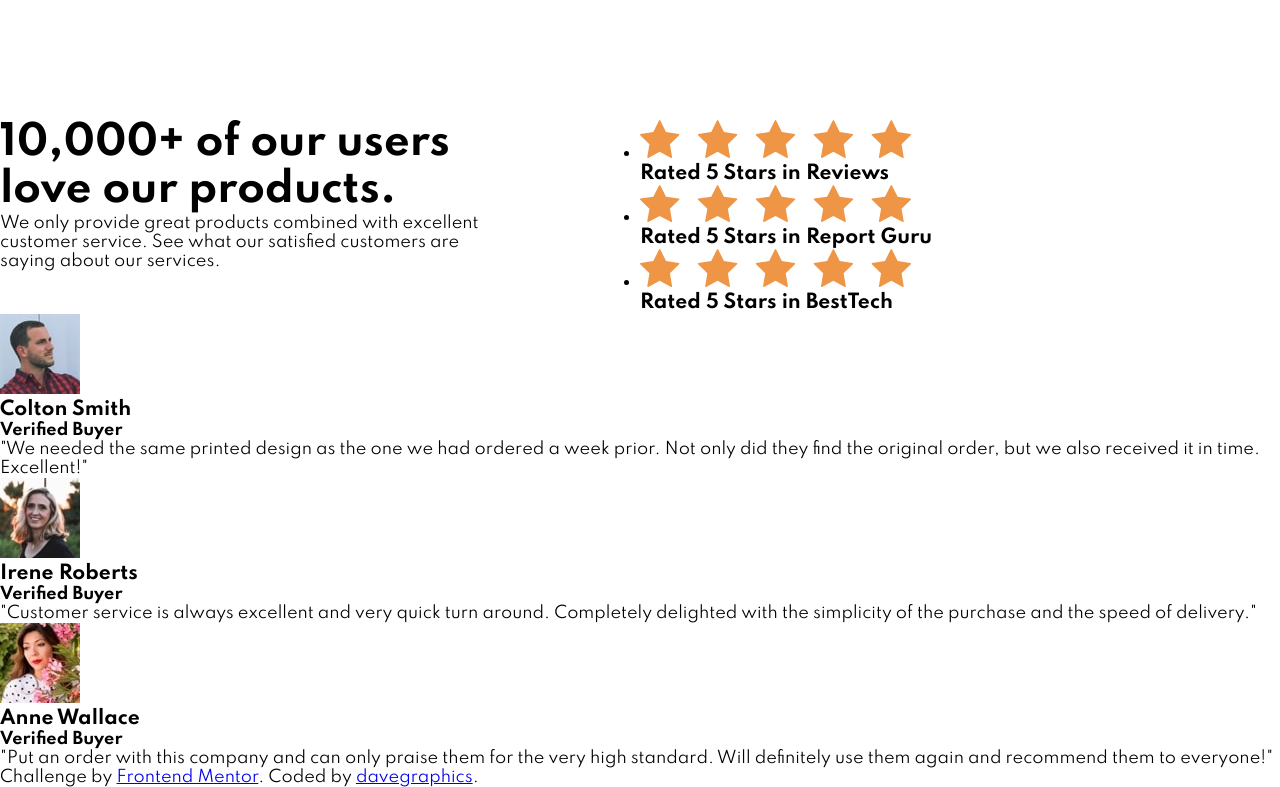
Repository: DejV44/social-proof-section-master
Page: index.html
The author's editor kept a copy of each file at every save. The page is drawn from the files as they stood at one save, then again after the next save.
The browser window is 1280 px wide. The pictures show the whole page.
The style sheet was rebuilt from its Sass, Less or Tailwind sources for each picture, by a compiler version that may differ from the author's.

Above is the page before, as saved 2021-06-24 20:21:47.

### index.html
<!DOCTYPE html>

<html lang="en">
<head>
    <meta charset="UTF-8">
    <meta http-equiv="X-UA-Compatible" content="IE=edge">
    <meta name="viewport" content="width=device-width, initial-scale=1.0">
    <link rel="stylesheet" href="../css/main.css">
    <title>social-proof-section-master</title>
</head>
<body>
    <section class="main">
        <div class="titles">
            <h1 class="title">10,000+ of our users <br>love our products.</h1>
            <p class="item-1">We only provide great products combined with excellent customer service. See what our satisfied customers are saying about our services.</p>
        </div>
        <div class="container">
            <ul>
                <li class="item1">
                    <img src="../img/stars.svg" alt="stars">
                    <h3>Rated 5 Stars in Reviews</h3>
                </li>
            </ul>

            <ul>
                <li class="item2">
                    <img src="../img/stars.svg" alt="stars">
                    <h3>Rated 5 Stars in Report Guru</h3>
                </li>
            </ul>

            <ul>
                <li class="item3">
                    <img src="../img/stars.svg" alt="stars">
                    <h3>Rated 5 Stars in BestTech</h3>
                </li>
            </ul>
        </div>
    </section>

    <section class="citate">
        <ul>
            <li>
                <div class="identy">
                    <img src="../img/image-colton.jpg" alt="stars">
                    <div>
                        <h3>Colton Smith</h3>
                        <h4>Verified Buyer</h4>
                    </div>
                </div>
                <blockquote>"We needed the same printed design as the one we had ordered a week prior. Not only did they find the original order, but we also received it in time. Excellent!"</blockquote>
            </li>
        </ul>

        <ul>
            <li>
                <div class="identy">
                    <img src="../img/image-irene.jpg" alt="stars">
                    <div>
                        <h3>Irene Roberts</h3>
                        <h4>Verified Buyer</h4>
                    </div>
                </div>
                <blockquote>"Customer service is always excellent and very quick turn around. Completely delighted with the simplicity of the purchase and the speed of delivery."</blockquote>
            </li>
        </ul>

        <ul>
            <li>
                <div class="identy">
                    <img src="../img/image-anne.jpg" alt="stars">
                    <div>
                        <h3>Anne Wallace</h3>
                        <h4>Verified Buyer</h4>
                    </div>
                </div>
                <blockquote>"Put an order with this company and can only praise them for the very high standard. Will definitely use them again and recommend them to everyone!"</blockquote>
            </li>
        </ul>
    </section>
    <div class="attribution">
        Challenge by
        <a href="https://www.frontendmentor.io?ref=challenge" target="_blank"
          >Frontend Mentor</a
        >. Coded by <a href="#">davegraphics</a>.
      </div>

</body>
</html>

### css/main.scss
@import url('https://fonts.googleapis.com/css2?family=Spartan:wght@400;500;700&display=swap');

*{
    margin: 0;
    padding: 0;
    -webkit-font-smoothing: antialiased;
    /*outline: 3px solid rgb(197, 197, 197);*/
}

:root {
    --primary-color: hsl(300, 43%, 22%);
    --soft-pink: hsl(333, 80%, 67%);
    --neutral-color: hsl(303, 10%, 53%);
    --light-color: hsl(300, 24%, 96%);
    --white: hsl(0, 0%, 100%);
}

body {
    margin: 0;
    padding: 0;
    //background: var(--white);
    font-family: 'Spartan', sans-serif;

    .main {
        margin: 120px auto 0 auto;
        max-width: 1440px;
        max-height: 400px;
        display: grid;
        grid-template-columns: 1fr 1fr;

        .titles {
            margin-right: 20%;

            .title {
                font-size: 40px;
            }
        }
    }




}

After the next save:
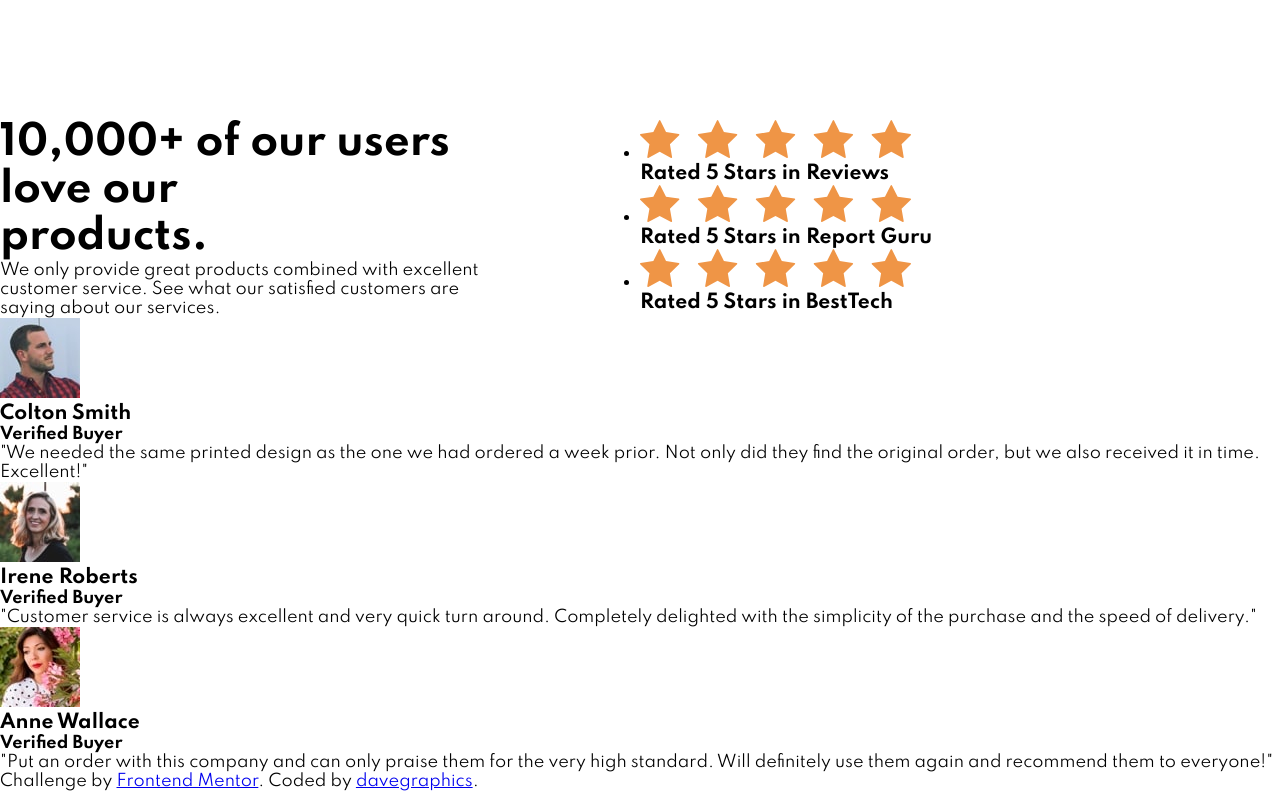
Saved 12 s later.
--- a/index.html
+++ b/index.html
@@ -11,7 +11,7 @@
 <body>
     <section class="main">
         <div class="titles">
-            <h1 class="title">10,000+ of our users <br>love our products.</h1>
+            <h1 class="title">10,000+ of our users <br>love our <br>products.</h1>
             <p class="item-1">We only provide great products combined with excellent customer service. See what our satisfied customers are saying about our services.</p>
         </div>
         <div class="container">
